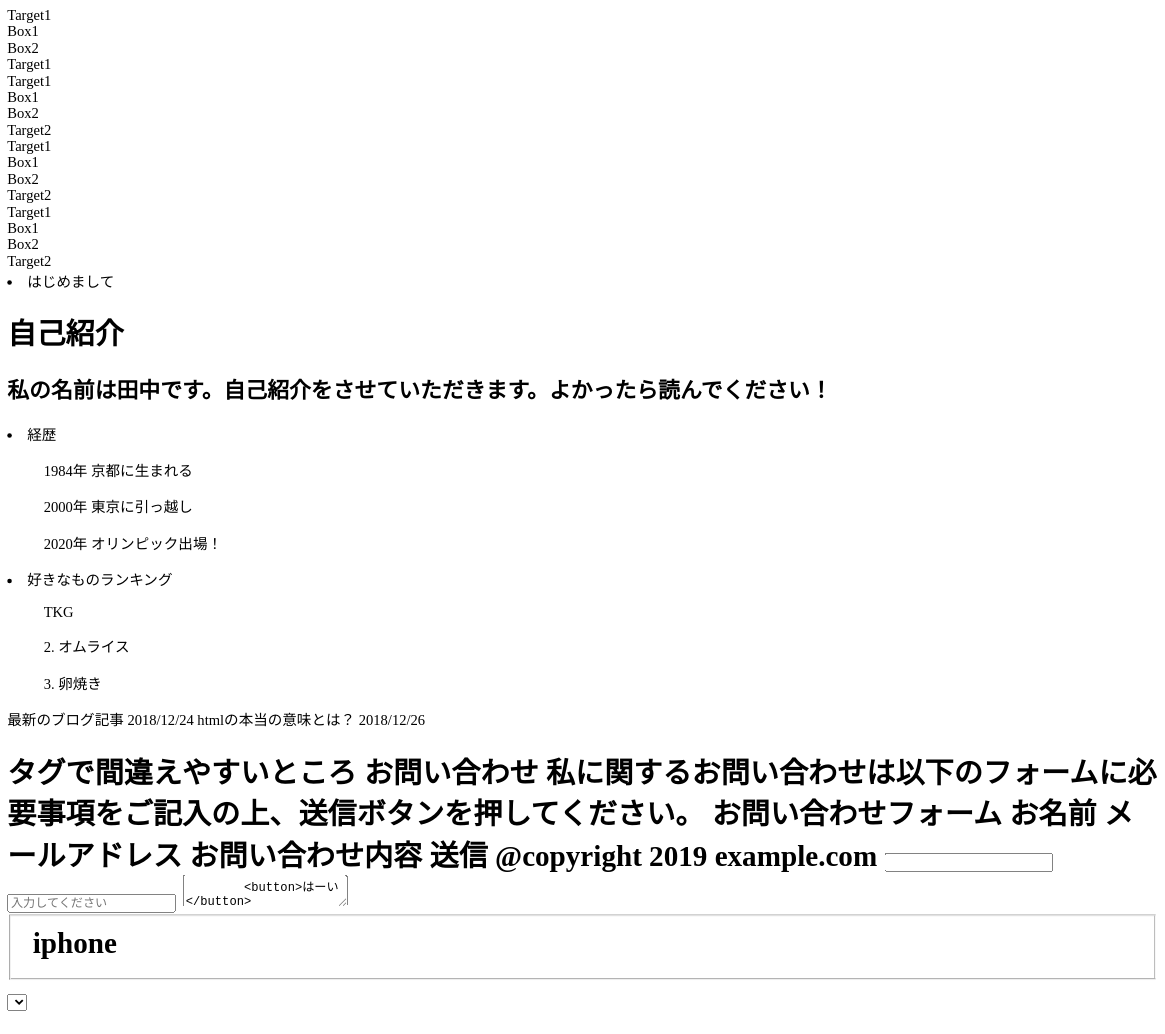
Repository: wairoku/suretigai1
Page: jack.html
These files come from the project's save history. The page is drawn as it stood at one moment and after the next save; the edit follows.
The browser window is 1280 px wide. The pictures show the whole page, at 91% of full size.

Above is the page before, as saved 2019-01-02 19:18:52.

### jack.html
<!DOCTYPE html>
<body>


    <div id="target1">Target1</div>
    <div class="box">Box1</div>
    <div class="box">Box2</div>
    <div id="target1">Target1</div>

    <div id="target1">Target1</div>
    <div class="box1">Box1</div>
    <div class="box2">Box2</div>
    <div id="target1">Target2</div>

    <div id="target1">Target1</div>
    <div class="box">Box1</div>
    <div class="box">Box2</div>
    <div id="target2">Target2</div>

    <div id="target">Target1</div>
    <div class="box">Box1</div>
    <div class="box">Box2</div>
    <div id="target">Target2</div>

    <li>
        <a>
            はじめまして
        </a>
    </li>


<h1>自己紹介</h1>
<h2>私の名前は田中です。自己紹介をさせていただきます。よかったら読んでください！</h2>

<li>経歴
    <ul>1984年 京都に生まれる</ul>
    <ul>2000年 東京に引っ越し</ul>
    <ul>2020年 オリンピック出場！</ul>
</li>

<li>好きなものランキング
        <ol>TKG</ol>
        <ol>2. オムライス</ol>
        <ol>3. 卵焼き</ol>
    </li>




最新のブログ記事
2018/12/24 htmlの本当の意味とは？
2018/12/26 <h1>タグで間違えやすいところ

お問い合わせ
私に関するお問い合わせは以下のフォームに必要事項をご記入の上、送信ボタンを押してください。
お問い合わせフォーム
お名前
メールアドレス
お問い合わせ内容
送信

@copyright 2019 example.com



    <input type="password">
    <!--comment -->
    <input type="text" placeholder="入力してください">

    <textarea>
        <button>はーい</button>
    </textarea>



    <fieldset>iphone

    </fieldset>

    <select>

</body>

After the next save:
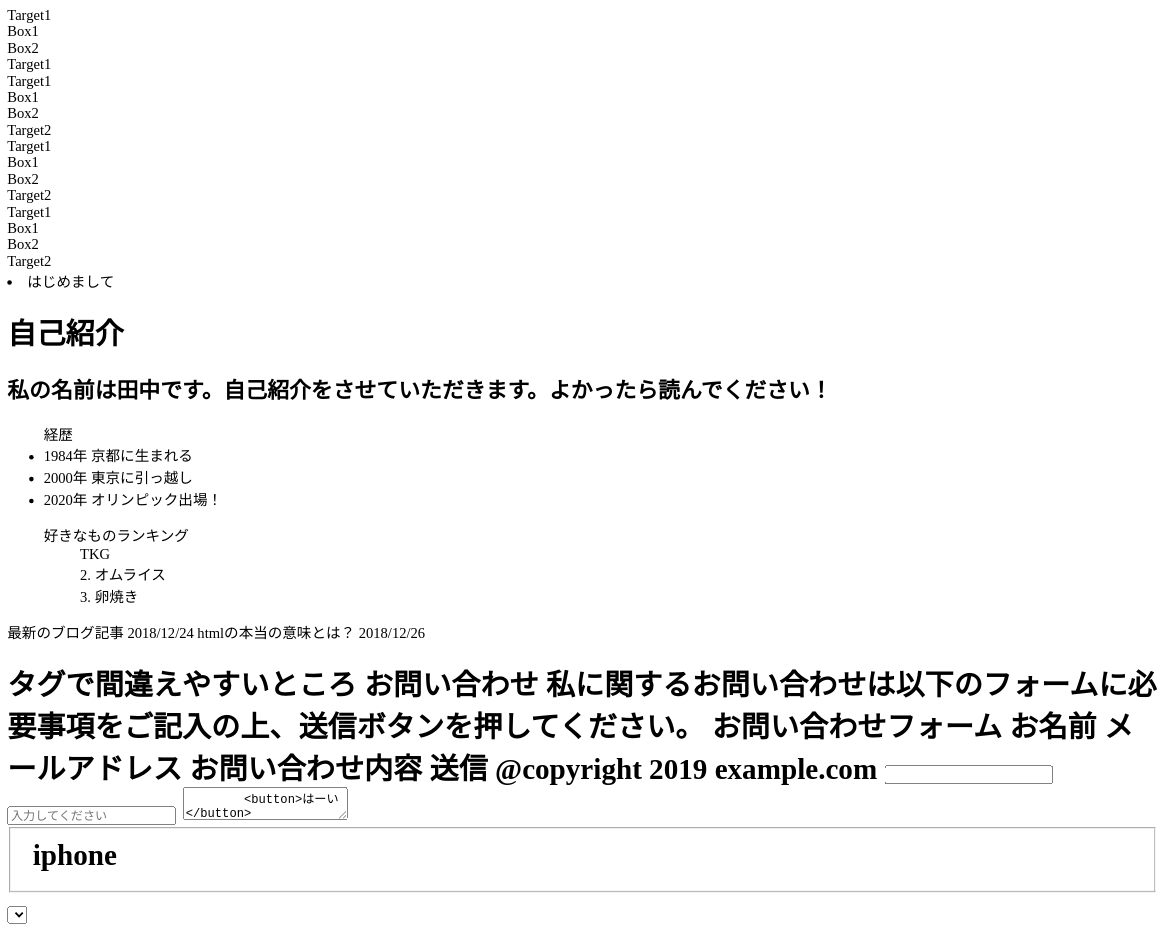
Saved 88 s later.
--- a/jack.html
+++ b/jack.html
@@ -32,17 +32,17 @@
 <h1>自己紹介</h1>
 <h2>私の名前は田中です。自己紹介をさせていただきます。よかったら読んでください！</h2>
 
-<li>経歴
-    <ul>1984年 京都に生まれる</ul>
-    <ul>2000年 東京に引っ越し</ul>
-    <ul>2020年 オリンピック出場！</ul>
-</li>
+<ul>経歴
+    <li>1984年 京都に生まれる</li>
+    <li>2000年 東京に引っ越し</li>
+    <li>2020年 オリンピック出場！</li>
+</ul>
 
-<li>好きなものランキング
+<ul>好きなものランキング
         <ol>TKG</ol>
         <ol>2. オムライス</ol>
         <ol>3. 卵焼き</ol>
-    </li>
+</ul>
 
 
 
